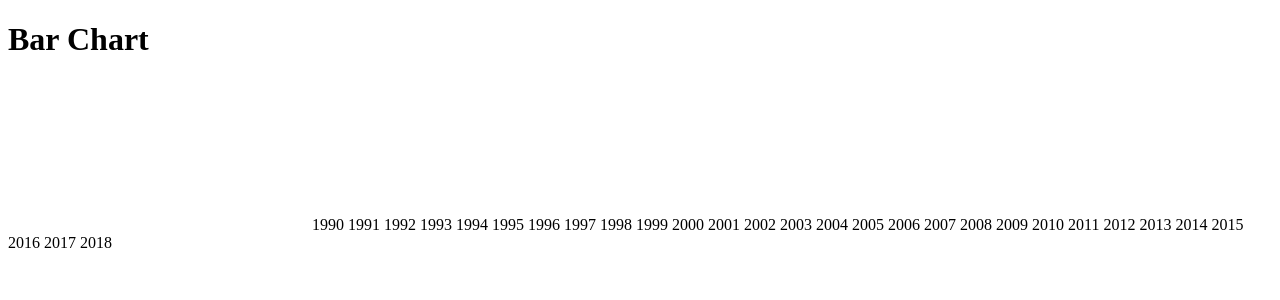
Repository: komalharjani/d3js-visualisation
Page: index.html
These files come from the project's save history. The page is drawn as it stood at one moment and after the next save; the edit follows.
The browser window is 1280 px wide. The pictures show the whole page.

Above is the page before, as saved 2020-04-29 13:37:36.

After the next save:
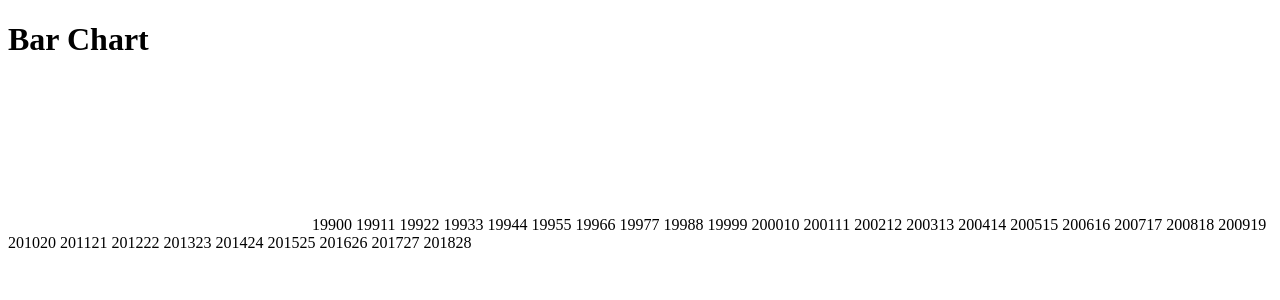
Saved 9 s later.
--- a/index.js
+++ b/index.js
@@ -49,8 +49,8 @@ d3.csv(dataPath)
                 .data(usTotal)
                 .enter()
                 .append("span")
-                .text(function(d) {
-                        return d.key + "\n"});
+                .text(function(d,i) {
+                        return d.key + i + "\n"});
 
                 //INSERT BAR CHART HERE
 
